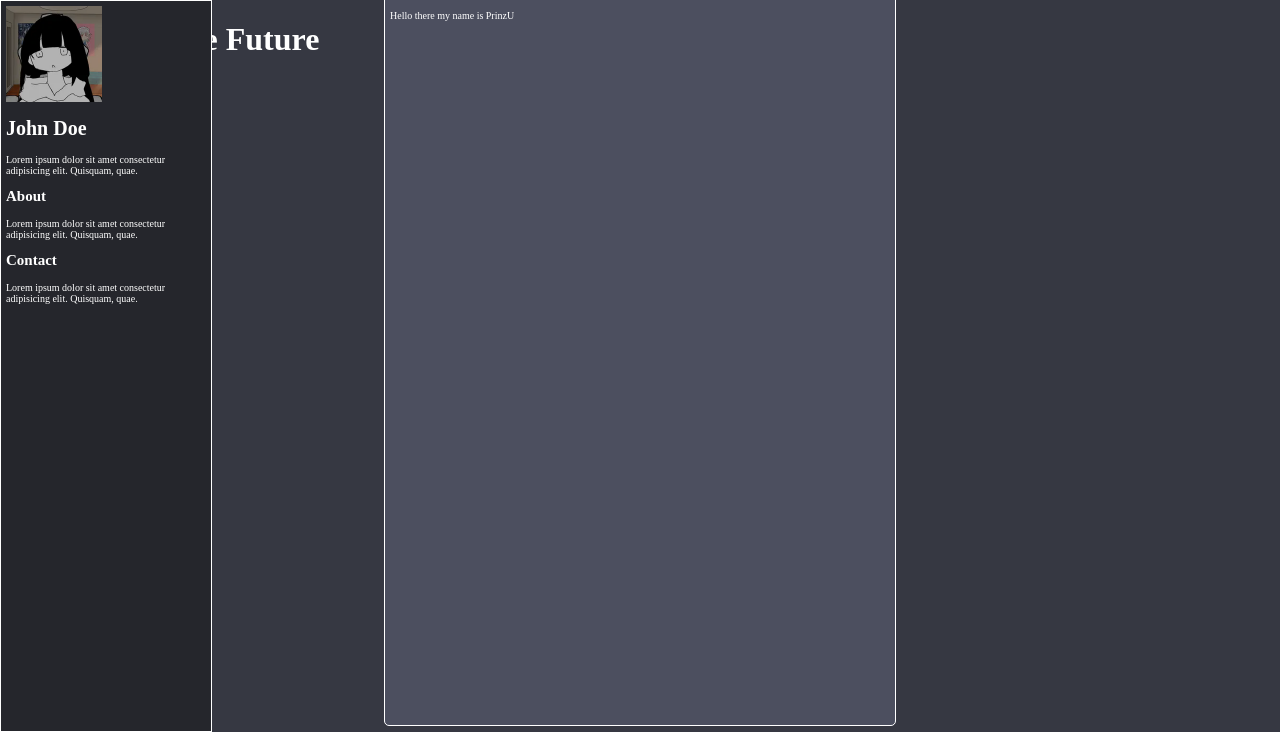
Repository: PrinzAI/PrinzAI.github.io
Page: index.html
These files come from the project's save history. The page is drawn as it stood at one moment and after the next save; the edit follows.
The browser window is 1280 px wide. The pictures show the whole page.
Some web fonts or font styles are not loaded; a fallback is used.

Above is the page before, as saved 2022-10-19 11:15:57.

After the next save:
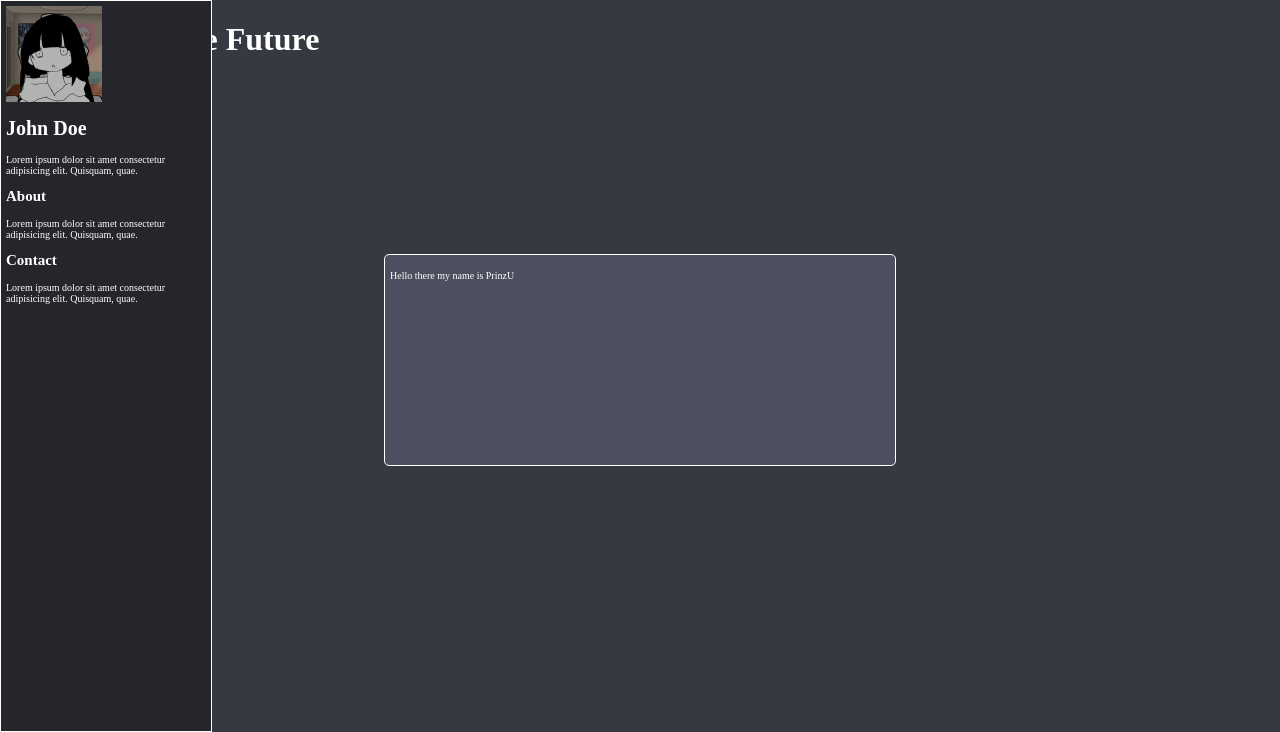
Saved 7 s later.
--- a/css/index.css
+++ b/css/index.css
@@ -31,7 +31,7 @@
     left: 50%;
     transform: translate(-50%, -50%);
     width: 500px;
-    height: 100%;
+    height: 200px;
     background-color: rgb(76, 79, 95);
     border: 1px solid white;
     border-radius: 5px;
